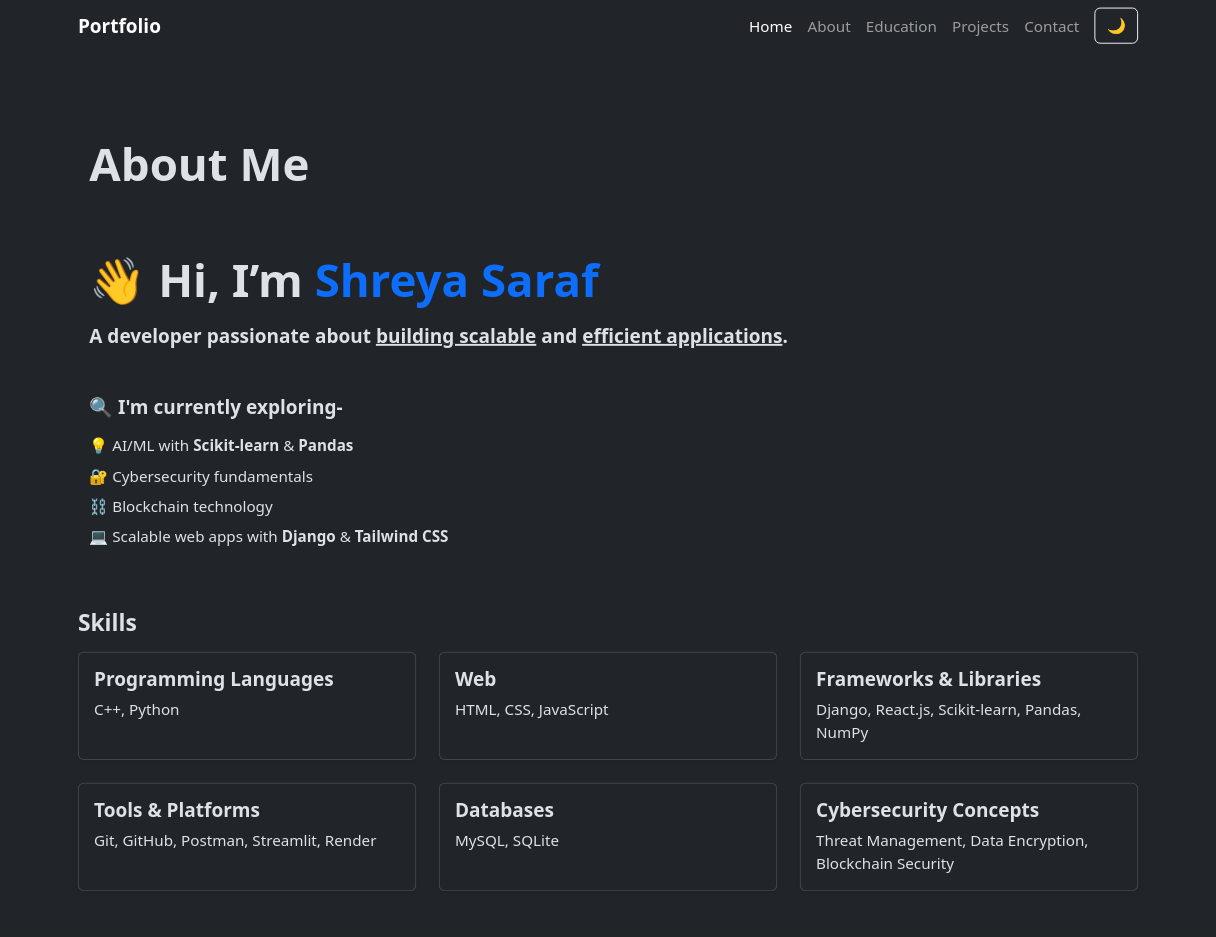
Repository: Shreyasaraf01/shreya-portfolio
Page: http://localhost/about/
An editor plug-in stored every save of this project. The page is shown before and after the next save, followed by the edit.
The browser window is 1280 px wide. The pictures show the whole page, at 95% of full size.
The page is served by the project's application, run on Django 5.2 (manage.py).

Above is the page before, as saved 2025-09-13 22:51:33.

After the next save:
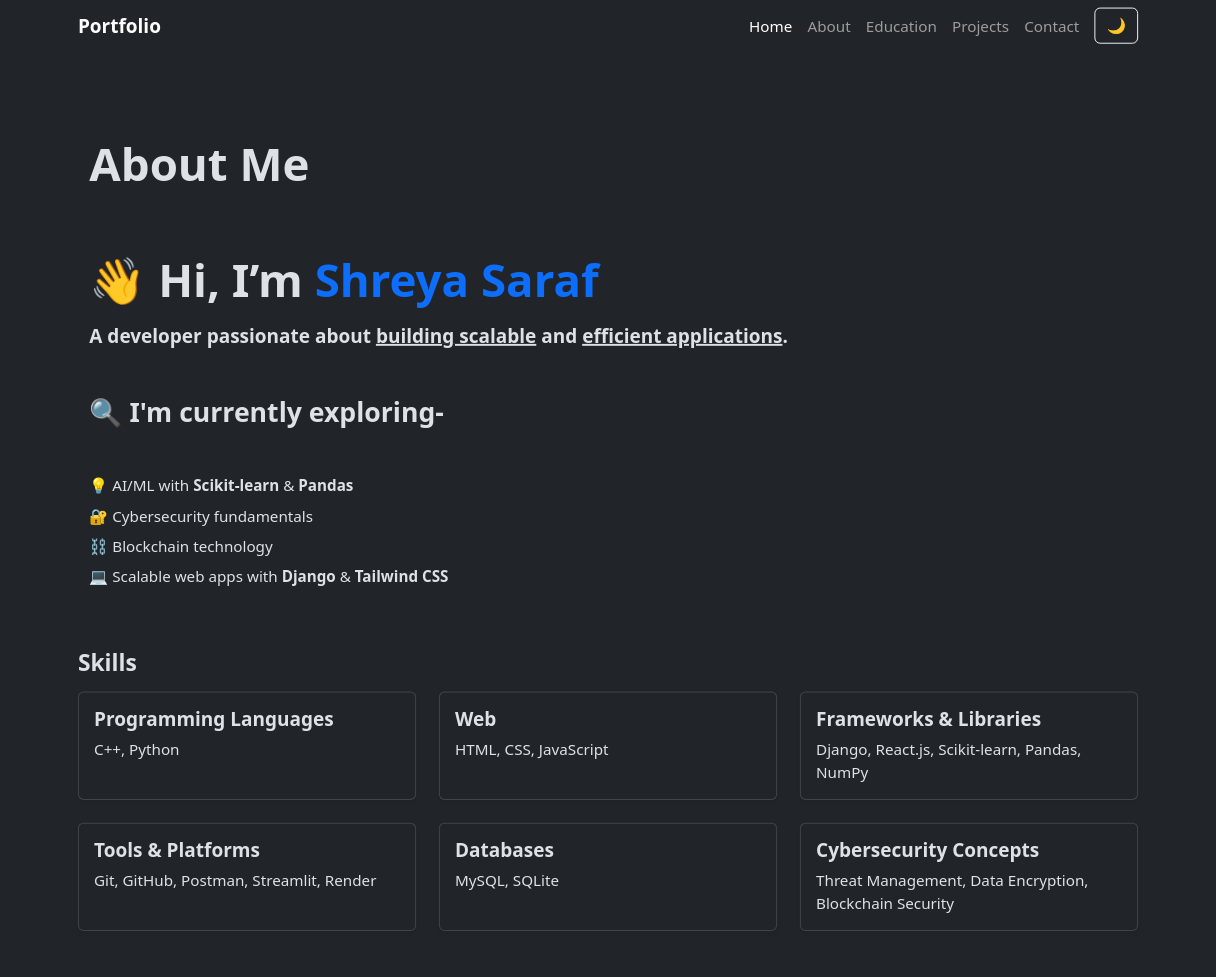
Saved 35 s later.
--- a/main/templates/main/about.html
+++ b/main/templates/main/about.html
@@ -16,7 +16,8 @@
 </div>
 
 
-  <h5 class="fw-bold mt-4">🔍 I'm currently exploring-</h5>
+  <h3 class="fw-bold mt-4">🔍 I'm currently exploring-</h3>
+  <br>
   <ul class="list-unstyled mt-3">
     <li class="mb-2">💡 AI/ML with <strong>Scikit-learn</strong> & <strong>Pandas</strong></li>
     <li class="mb-2">🔐 Cybersecurity fundamentals</li>
